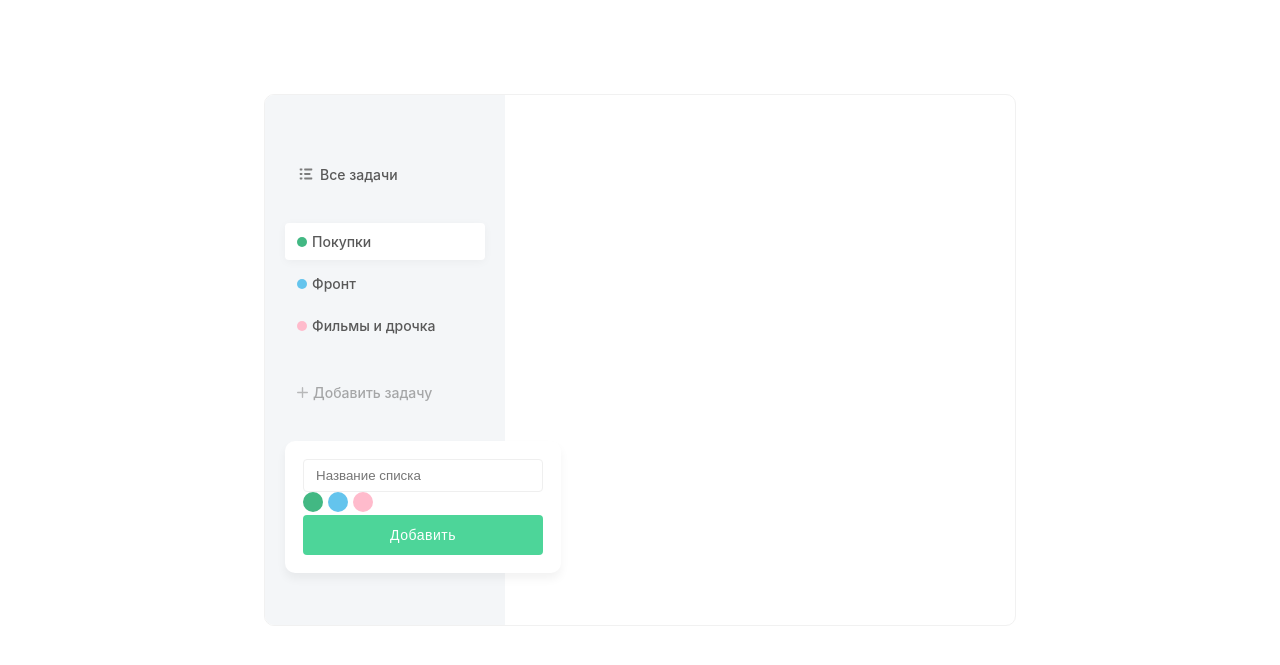
Repository: AzimAzimov/Todo
Page: /
These files come from the project's save history. The page is drawn as it stood at one moment and after a run of saves; the edit follows.
The browser window is 1280 px wide. The pictures show the whole page.
The project was rebuilt for these pictures with package versions that can differ from the ones it lists, and the page was loaded fresh each time.

Above is the page before, as saved 2023-02-19 15:10:59.

After the next 3 saves:
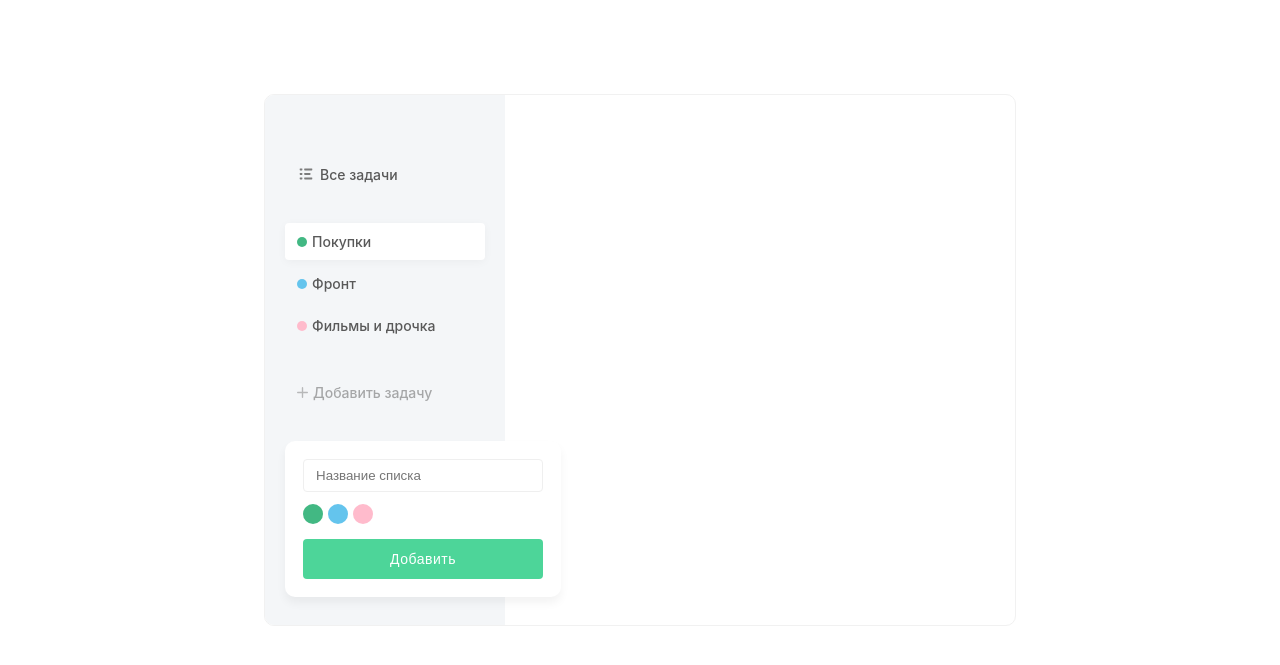
The 3 saves are shown as one change because they came seconds apart.
The last was saved 11 s later.
--- a/src/components/addButtonList/AddListButton.scss
+++ b/src/components/addButtonList/AddListButton.scss
@@ -9,6 +9,7 @@
       ul {
         display: flex;
         gap: 5px;
+        margin: 12px 0;
         .badge {
           width: 20px;
           height: 20px;
